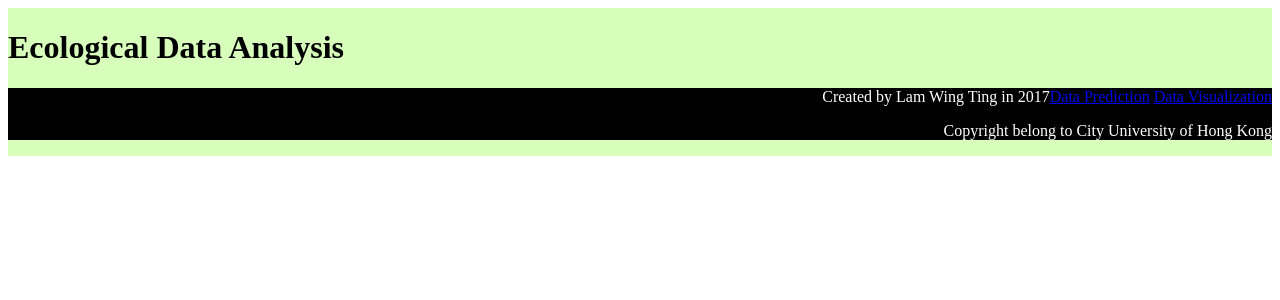
Repository: JenniferLam/FYP
Page: http://localhost/FYP_webapp/prediction/dataPred.html
These files come from the project's save history. The page is drawn as it stood at one moment and after the next save; the edit follows.
The browser window is 1280 px wide. The pictures show the whole page.
The page is served by Tomcat 9.

Above is the page before, as saved 2018-01-28 21:27:35.

After the next save:
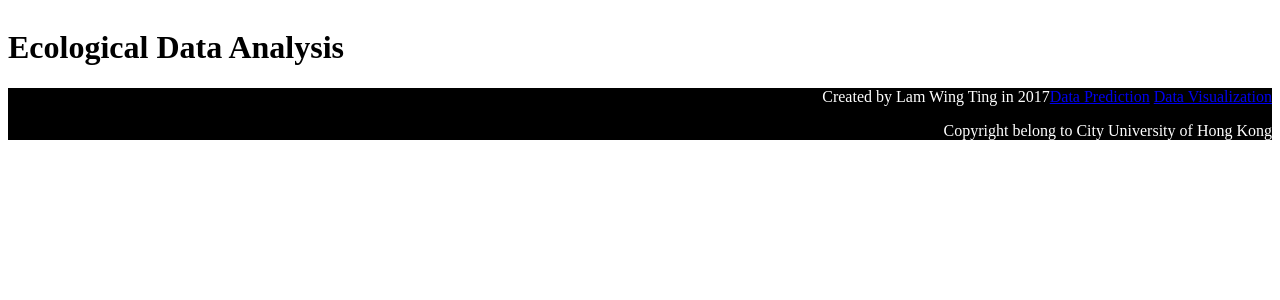
Saved 4 min 56 s later.
--- a/WebAppDev/FYP_webapp/WebContent/common.css
+++ b/WebAppDev/FYP_webapp/WebContent/common.css
@@ -1,5 +1,5 @@
 #header{
-	background-color:rgb(215, 255, 187);
+	/*background-color:rgb(215, 255, 187);*/
 	float:left;
 	width:100%;
 	display:inline-block;

After the save that followed:
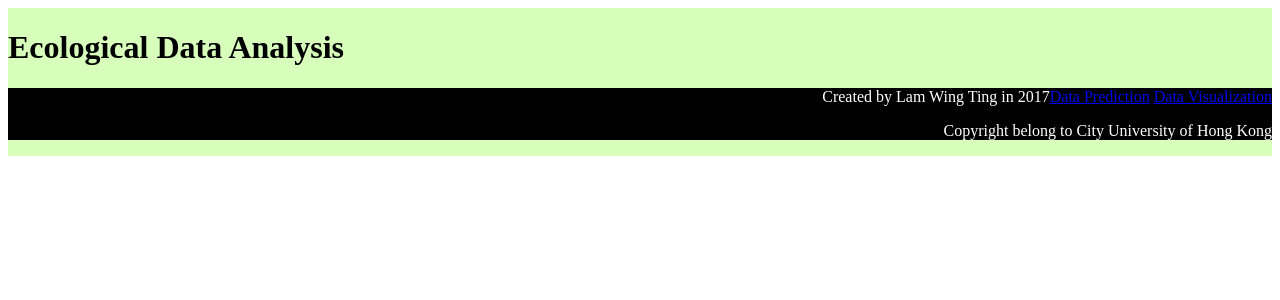
Saved 4 min 11 s later.
--- a/WebAppDev/FYP_webapp/WebContent/common.css
+++ b/WebAppDev/FYP_webapp/WebContent/common.css
@@ -1,5 +1,5 @@
 #header{
-	/*background-color:rgb(215, 255, 187);*/
+	background-color:rgb(215, 255, 187);
 	float:left;
 	width:100%;
 	display:inline-block;
